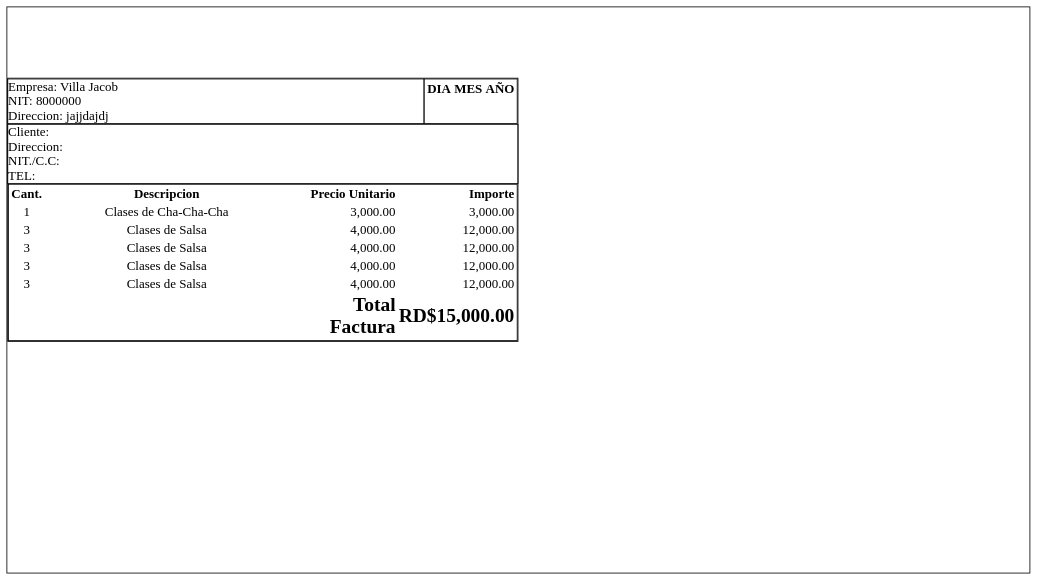
Repository: MrVanQish/FacturaEstructura
Page: index.html
An editor plug-in stored every save of this project. The page is shown before and after the next save, followed by the edit.
The browser window is 1280 px wide. The pictures show the whole page, at 81% of full size.

Above is the page before, as saved 2021-09-29 11:11:34.

After the next save:
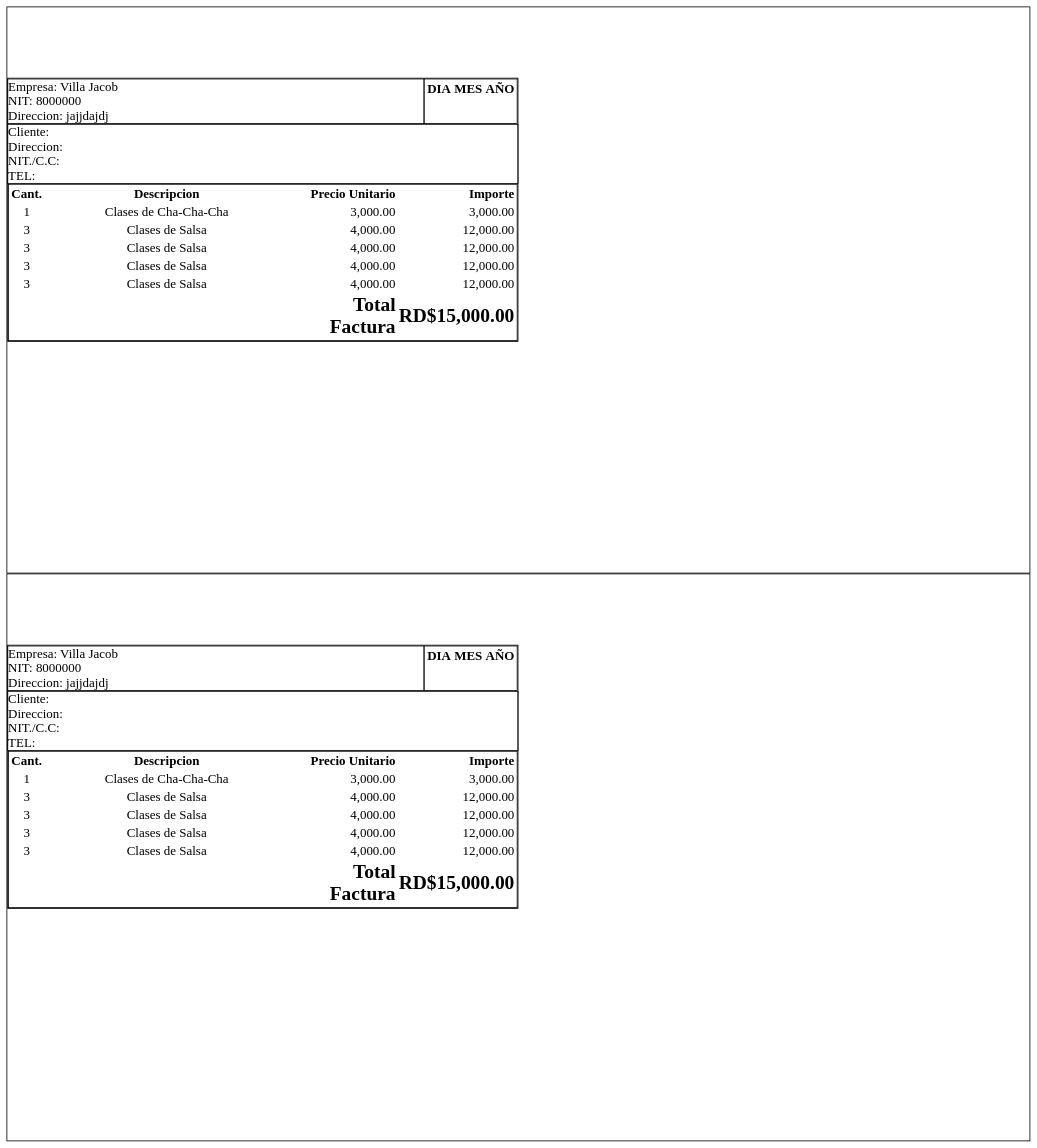
Saved 12 s later.
--- a/index.html
+++ b/index.html
@@ -122,6 +122,119 @@
     </div>
 
 
+    <div class="wrapper">
+
+        <div class="factura1">
+                <div class="infoEmpresa-f">
+                    Empresa: Villa Jacob
+                    <br>
+                    NIT: 8000000
+                    <br>
+                    Direccion: jajjdajdj
+                </div>
+
+                <div class="fecha-f">
+                    <table>
+                        <tr>
+                            <th>
+                                DIA
+                            </th>
+                            <th>
+                                MES
+                            </th>
+                            <th>
+                                AÑO
+                            </th>
+                        </tr>
+                    </table>
+                </div>
+
+                <div class="infoCliente-f">
+                    <table>
+                          <tbody>
+                            <tr>
+                                Cliente:
+                            </tr>
+                            <br>
+                            <tr>
+                                Direccion:
+                            </tr>
+                            <br>
+                            <tr>
+                                NIT./C.C:
+                            </tr>
+
+                            <br>
+                            <tr>
+                                TEL:
+                            </tr>
+
+
+                          </tbody>
+                    </table>
+                </div>
+
+
+                    <div class="items-f row my-5">
+                        <table class="table table-borderless factura">
+                          <thead>
+                            <tr>
+                              <th>Cant.</th>
+                              <th>Descripcion</th>
+                              <th>Precio Unitario</th>
+                              <th>Importe</th>
+                            </tr>
+                          </thead>
+                          <tbody>
+                            <tr>
+                              <td>1</td>
+                              <td>Clases de Cha-Cha-Cha</td>
+                              <td>3,000.00</td>
+                              <td>3,000.00</td>
+                            </tr>
+                            <tr>
+                              <td>3</td>
+                              <td>Clases de Salsa</td>
+                              <td>4,000.00</td>
+                              <td>12,000.00</td>
+                            </tr>
+                            <tr>
+                              <td>3</td>
+                              <td>Clases de Salsa</td>
+                              <td>4,000.00</td>
+                              <td>12,000.00</td>
+                            </tr>
+                            <tr>
+                              <td>3</td>
+                              <td>Clases de Salsa</td>
+                              <td>4,000.00</td>
+                              <td>12,000.00</td>
+                            </tr>
+                            <tr>
+                                <td>3</td>
+                                <td>Clases de Salsa</td>
+                                <td>4,000.00</td>
+                                <td>12,000.00</td>
+                              </tr>
+
+                          </tbody>
+                          <tfoot>
+                            <tr>
+                              <th></th>
+                              <th></th>
+                              <th>Total Factura</th>
+                              <th>RD$15,000.00</th>
+                            </tr>
+                          </tfoot>
+                        </table>
+                        <div class="cond row"></div>
+                      </div>
+
+        </div>
+
+    </div>
+
+
 
 
 
